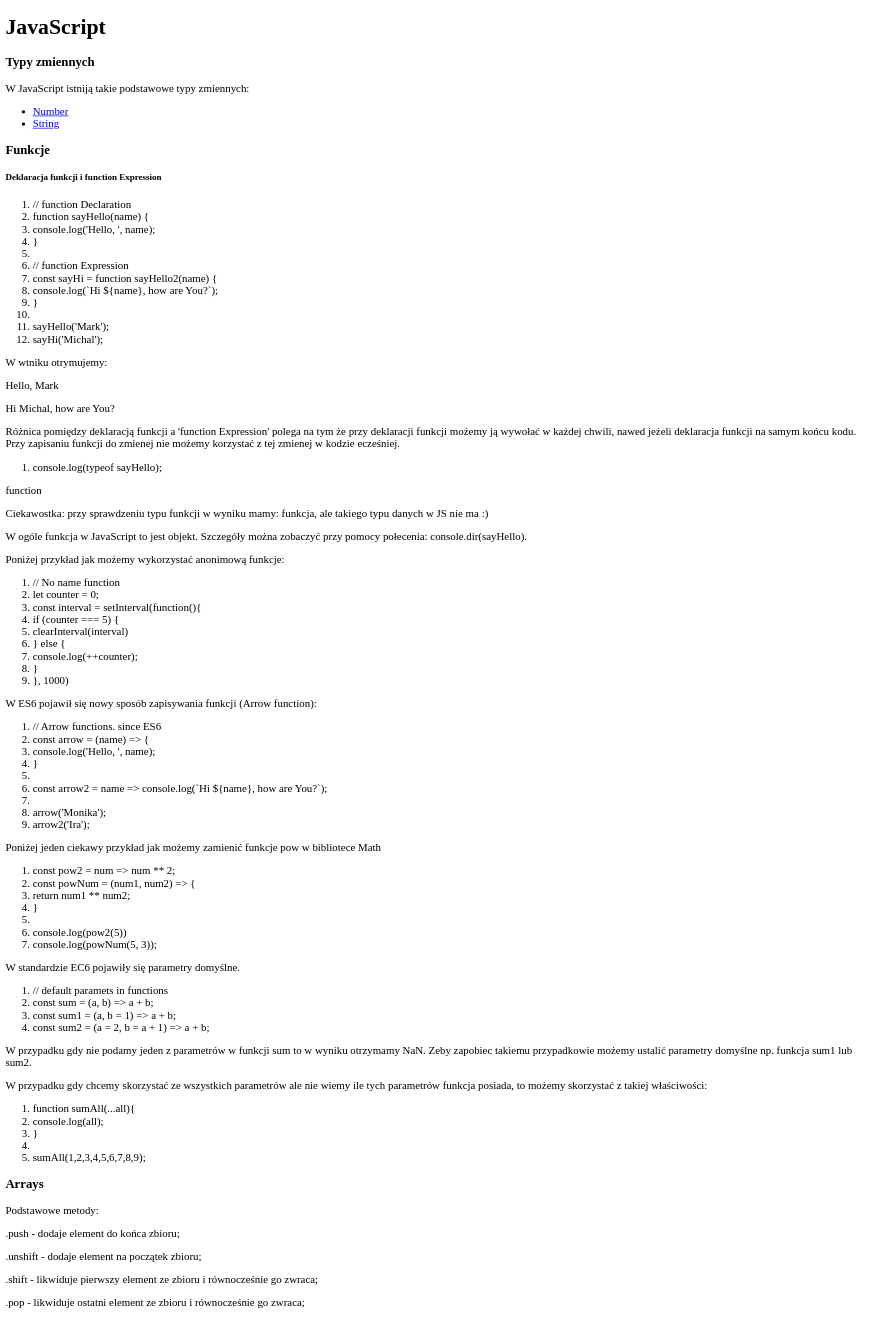
Repository: romanstetsiuk1/JS_learn
Page: noteJavaScript.html
These files come from the project's save history. The page is drawn as it stood at one moment and after the next save; the edit follows.
The browser window is 1280 px wide. The pictures show the whole page, at 68% of full size.

Above is the page before, as saved 2020-09-08 17:30:07.

### noteJavaScript.html
<!DOCTYPE html>
<html lang="en, pl">
<head>
  <meta charset="UTF-8">
  <title>Java Script</title>
</head>
<body>

  <main>
    <h1>JavaScript</h1>

    <article>
      <h3>Typy zmiennych</h3>
      <p>W JavaScript istniją takie podstawowe typy zmiennych:</p>
      <ul>
        <li><a href="number.html">Number</a></li>
        <li><a href="stringType.html">String</a></li>
      </ul>
    </article>

    <article>
      <h3>Funkcje</h3>
      <h5>Deklaracja funkcji i function Expression</h5>
        <div class="vsCode">
          <ol>
            <li>// function Declaration</li>
            <li>function sayHello(name) {</li>
            <li>  console.log('Hello, ', name);</li>
            <li>}</li>
            <li></li>
            <li>// function Expression</li>
            <li>const sayHi = function sayHello2(name) {</li>
            <li>console.log(`Hi ${name}, how are You?`);</li>
            <li>}</li>
            <li></li>
            <li>sayHello('Mark');</li>
            <li>sayHi('Michal');</li>
          </ol>
        </div>
        <p>W wtniku otrymujemy:</p>
        <div class="resultInConsole">
          <p>Hello,  Mark</p>
          <p>Hi Michal, how are You?</p>
        </div>
        <p>Różnica pomiędzy deklaracją funkcji a 'function Expression'
          polega na tym że przy deklaracji funkcji możemy ją wywołać w
          każdej chwili, nawed jeżeli deklaracja funkcji na samym końcu
          kodu. Przy zapisaniu funkcji do zmienej nie możemy korzystać
          z tej zmienej w kodzie ecześniej.
        </p>
        <div class="vsCode">
          <ol>
            <li>console.log(typeof sayHello);</li>
          </ol>
        </div>
        <div class="resultInConsole">
          <p>function</p>
        </div>
        <p>Ciekawostka: przy sprawdzeniu typu funkcji w wyniku mamy: funkcja,
          ale takiego typu danych w JS nie ma :)
        </p>
        <p>W ogóle funkcja w JavaScript to jest objekt. Szczegóły można zobaczyć
          przy pomocy połecenia: console.dir(sayHello).
        </p>

        <p>Poniżej przykład jak możemy wykorzystać anonimową funkcje:</p>
        <div class="vsCode">
          <ol>
            <li>// No name function</li>
            <li>let counter = 0;</li>
            <li>const interval = setInterval(function(){</li>
            <li>if (counter === 5) {</li>
            <li>clearInterval(interval)</li>
            <li>} else {</li>
            <li>console.log(++counter);</li>
            <li>}</li>
            <li>}, 1000)</li>
          </ol>
        </div>

        <p>W ES6 pojawił się nowy sposób zapisywania funkcji (Arrow function):</p>
        <div class="vsCode">
          <ol>
            <li>// Arrow functions. since ES6</li>
            <li>const arrow = (name) => {</li>
            <li>console.log('Hello, ', name);</li>
            <li>}</li>
            <li></li>
            <li>const arrow2 = name => console.log(`Hi ${name}, how are You?`);</li>
            <li></li>
            <li>arrow('Monika');</li>
            <li>arrow2('Ira');</li>
          </ol>
        </div>

        <p>Poniżej jeden ciekawy przykład jak możemy zamienić funkcje pow w
          bibliotece Math
        </p>
        <div class="vsCode">
          <ol>
            <li>const pow2 = num => num ** 2;</li>
            <li>const powNum = (num1, num2) => {</li>
            <li>return num1 ** num2;</li>
            <li>}</li>
            <li></li>
            <li>console.log(pow2(5))</li>
            <li>console.log(powNum(5, 3));</li>
          </ol>
        </div>

        <p>W standardzie EC6 pojawiły się parametry domyślne.</p>
        <div class="vsCode">
          <ol>
            <li>// default paramets in functions</li>
            <li>const sum = (a, b) => a + b;</li>
            <li>const sum1 = (a, b = 1) => a + b;</li>
            <li>const sum2 = (a = 2, b = a + 1) => a + b;</li>
          </ol>
        </div>
        <p>W przypadku gdy nie podamy jeden z parametrów w funkcji sum
          to w wyniku otrzymamy NaN. Zeby zapobiec takiemu przypadkowie
          możemy ustalić parametry domyślne np. funkcja sum1 lub sum2.
        </p>

        <p>W przypadku gdy chcemy skorzystać ze wszystkich parametrów ale nie wiemy
          ile tych parametrów funkcja posiada, to możemy skorzystać z takiej właściwości:
        </p>
        <div class="vsCode">
          <ol>
            <li>function sumAll(...all){</li>
            <li>console.log(all);</li>
            <li>}</li>
            <li></li>
            <li>sumAll(1,2,3,4,5,6,7,8,9);</li>
          </ol>
        </div>

    </article>
    <article>
      <h3>Arrays</h3>
      <p>Podstawowe metody:</p>
      <p>.push - dodaje element do końca zbioru;</p>
      <p>.unshift - dodaje element na początek zbioru;</p>
      <p>.shift - likwiduje pierwszy element ze zbioru i równocześnie go zwraca;</p>
      <p>.pop - likwiduje ostatni element ze zbioru i równocześnie go zwraca;</p>

    </article>

  </main>


  <!-- <script src="functionExample.js"></script> -->
  <script src="arraysExample.js"></script>
</body>
</html>

### arraysExample.js
const names = ['Leo', 'Nina', 'Mark', 'Dominika'];

// Method
names.push('Jack');
console.log(names);
names.unshift('Marta');
console.log(names);

const firstItem = names.shift();
console.log(firstItem);
console.log(names);

const lastItem = names.pop();
console.log(lastItem);
console.log(names);

After the next save:
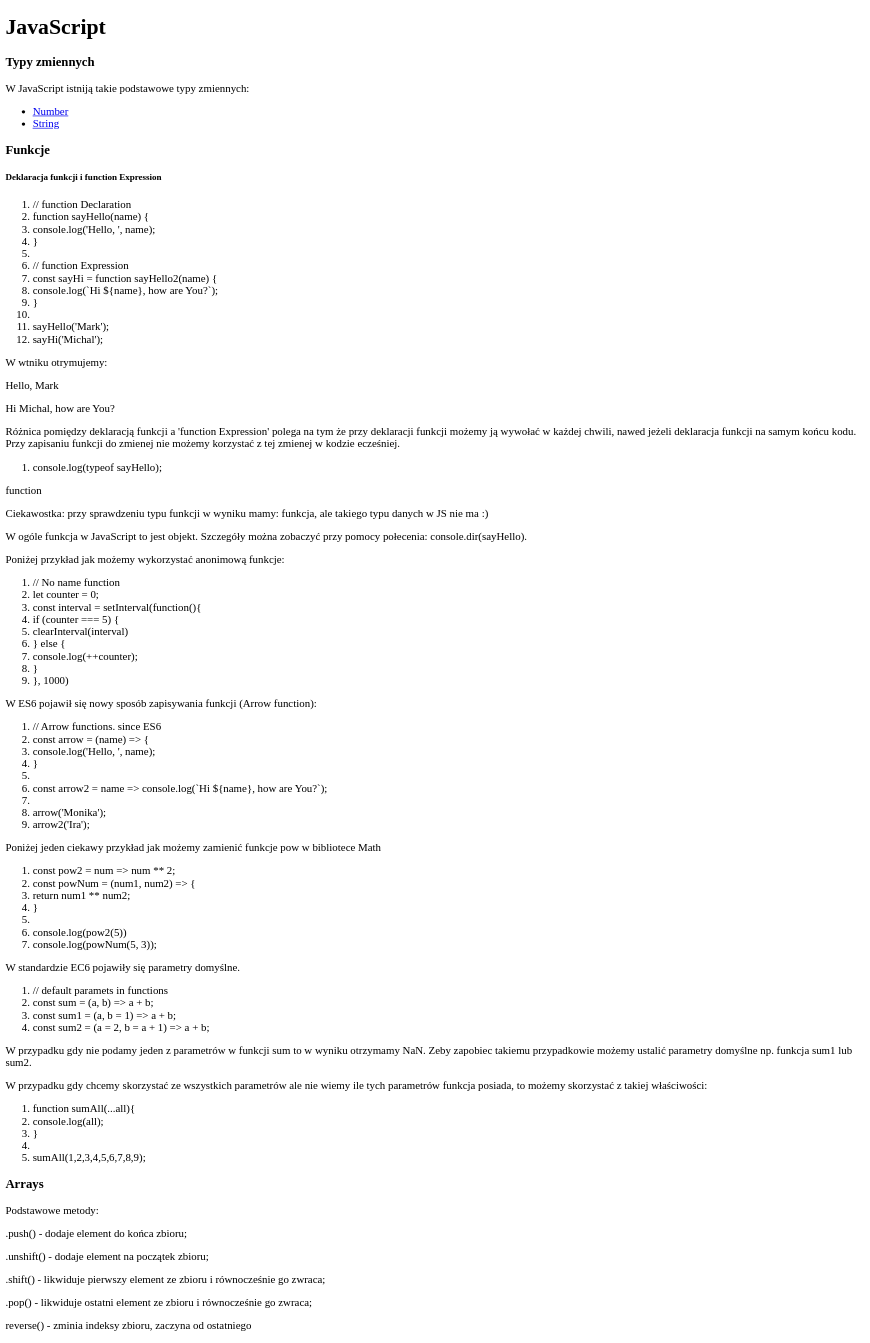
Saved 13 min 57 s later.
--- a/noteJavaScript.html
+++ b/noteJavaScript.html
@@ -139,10 +139,11 @@
     <article>
       <h3>Arrays</h3>
       <p>Podstawowe metody:</p>
-      <p>.push - dodaje element do końca zbioru;</p>
-      <p>.unshift - dodaje element na początek zbioru;</p>
-      <p>.shift - likwiduje pierwszy element ze zbioru i równocześnie go zwraca;</p>
-      <p>.pop - likwiduje ostatni element ze zbioru i równocześnie go zwraca;</p>
+      <p>.push() - dodaje element do końca zbioru;</p>
+      <p>.unshift() - dodaje element na początek zbioru;</p>
+      <p>.shift() - likwiduje pierwszy element ze zbioru i równocześnie go zwraca;</p>
+      <p>.pop() - likwiduje ostatni element ze zbioru i równocześnie go zwraca;</p>
+      <p>reverse() - zminia indeksy zbioru, zaczyna od ostatniego</p>
 
     </article>
 
--- a/arraysExample.js
+++ b/arraysExample.js
@@ -13,3 +13,5 @@ console.log(names);
 const lastItem = names.pop();
 console.log(lastItem);
 console.log(names);
+
+console.log(names.reverse());
